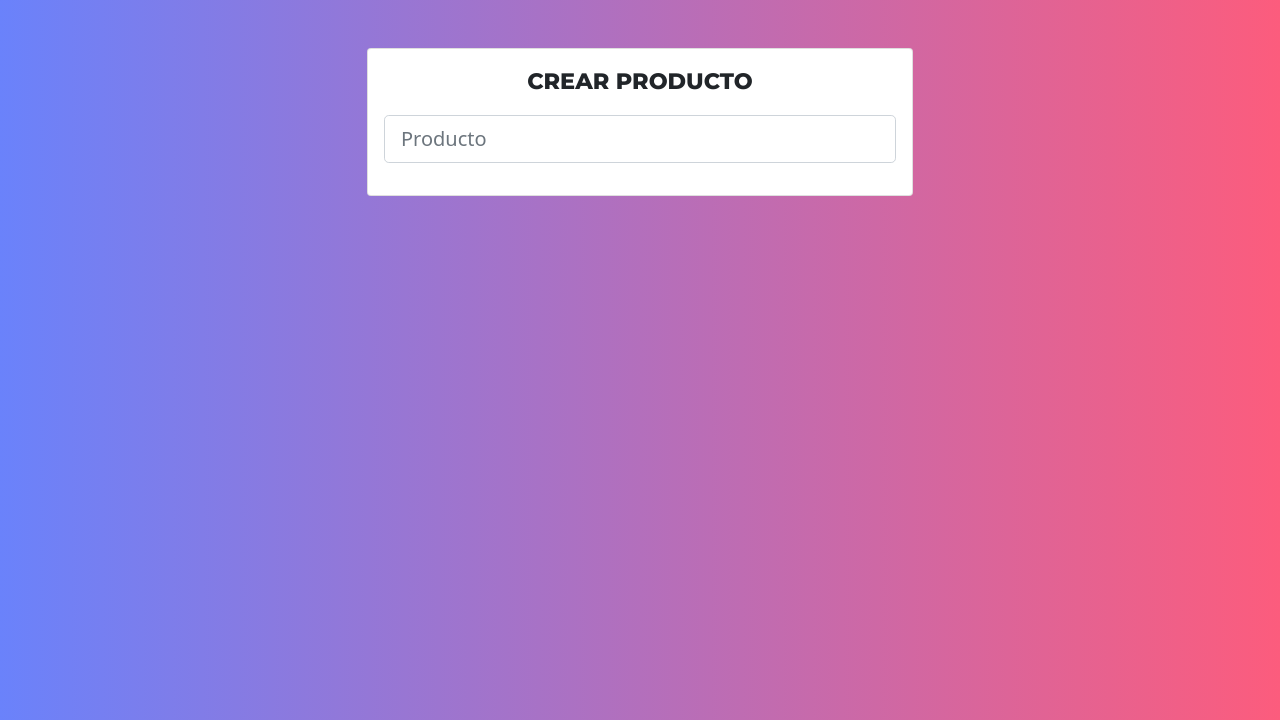
Repository: vivianaleivagalvez/crud_angular
Page: /crear-producto
The author's editor kept a copy of each file at every save. The page is drawn from the files as they stood at one save, then again after the next save.
The browser window is 1280 px wide. The pictures show the whole page.
The project was rebuilt for these pictures with package versions that can differ from the ones it lists, and the page was loaded fresh each time. Also part of the build but not shown: angular.json, src/app/components/listar-productos/listar-productos.component.ts.

Above is the page before, as saved 2022-01-27 09:58:41.

After the next save:
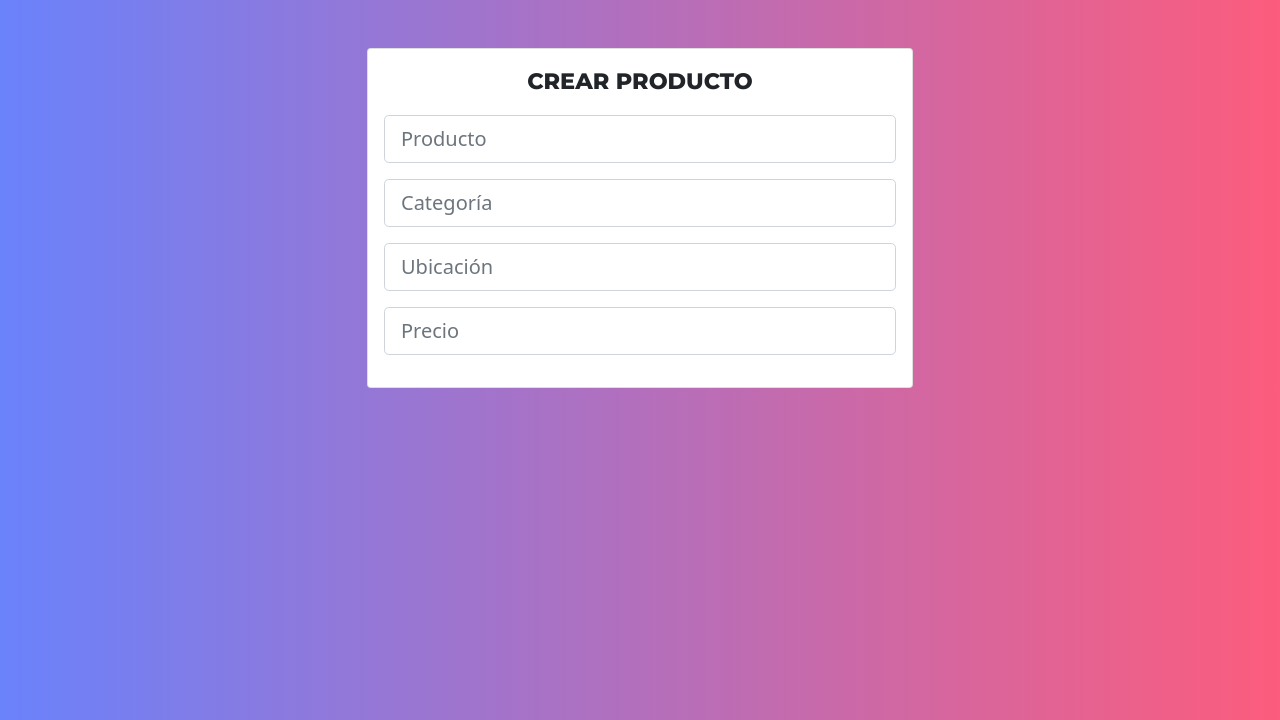
Saved 40 s later.
--- a/src/app/components/crear-producto/crear-producto.component.html
+++ b/src/app/components/crear-producto/crear-producto.component.html
@@ -8,6 +8,15 @@
             <div class="mb-3">
               <input type="text" class="form-control form-control-lg" placeholder="Producto">
             </div>
+            <div class="mb-3">
+              <input type="text" class="form-control form-control-lg" placeholder="Categoría">
+            </div>
+            <div class="mb-3">
+              <input type="text" class="form-control form-control-lg" placeholder="Ubicación">
+            </div>
+            <div class="mb-3">
+              <input type="number" class="form-control form-control-lg" placeholder="Precio">
+            </div>
           </form>
         </div>
       </div>
